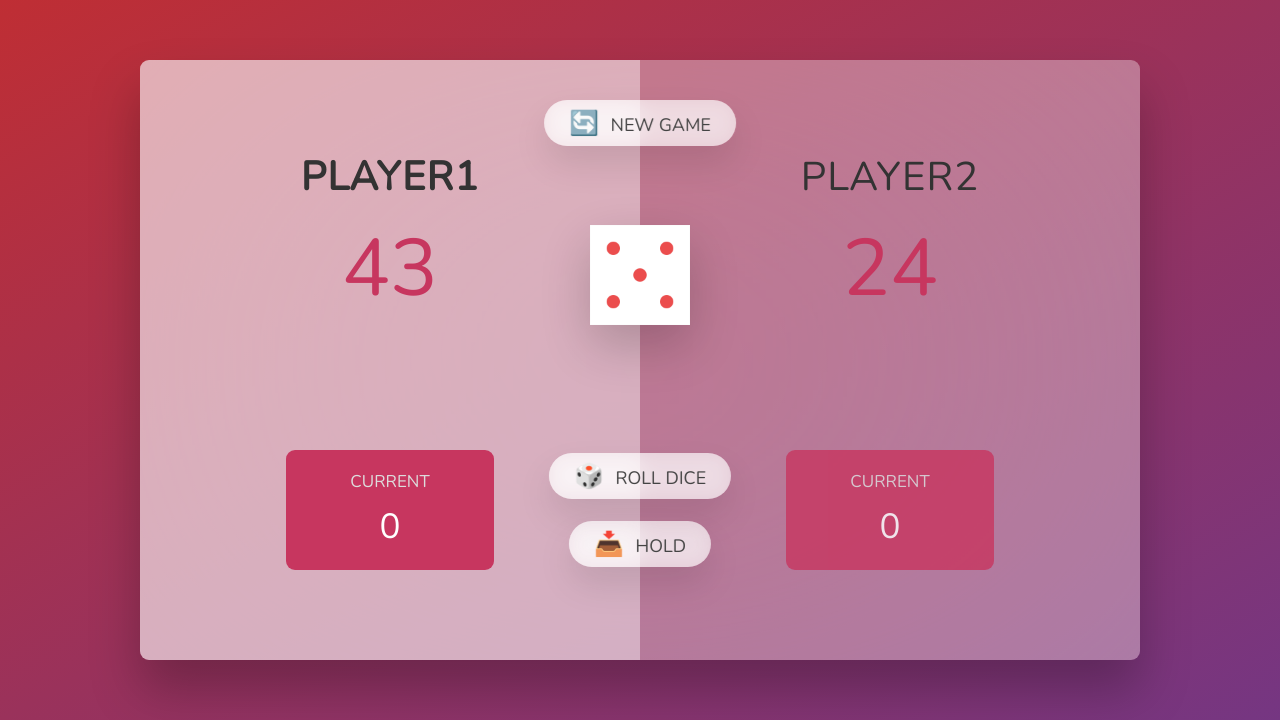
Repository: otvertka/jsc_07
Page: index.html
An editor plug-in stored every save of this project. The page is shown before and after the next save, followed by the edit.
The browser window is 1280 px wide. The pictures show the whole page.

Above is the page before, as saved 2022-12-24 13:38:05.

After the next save:
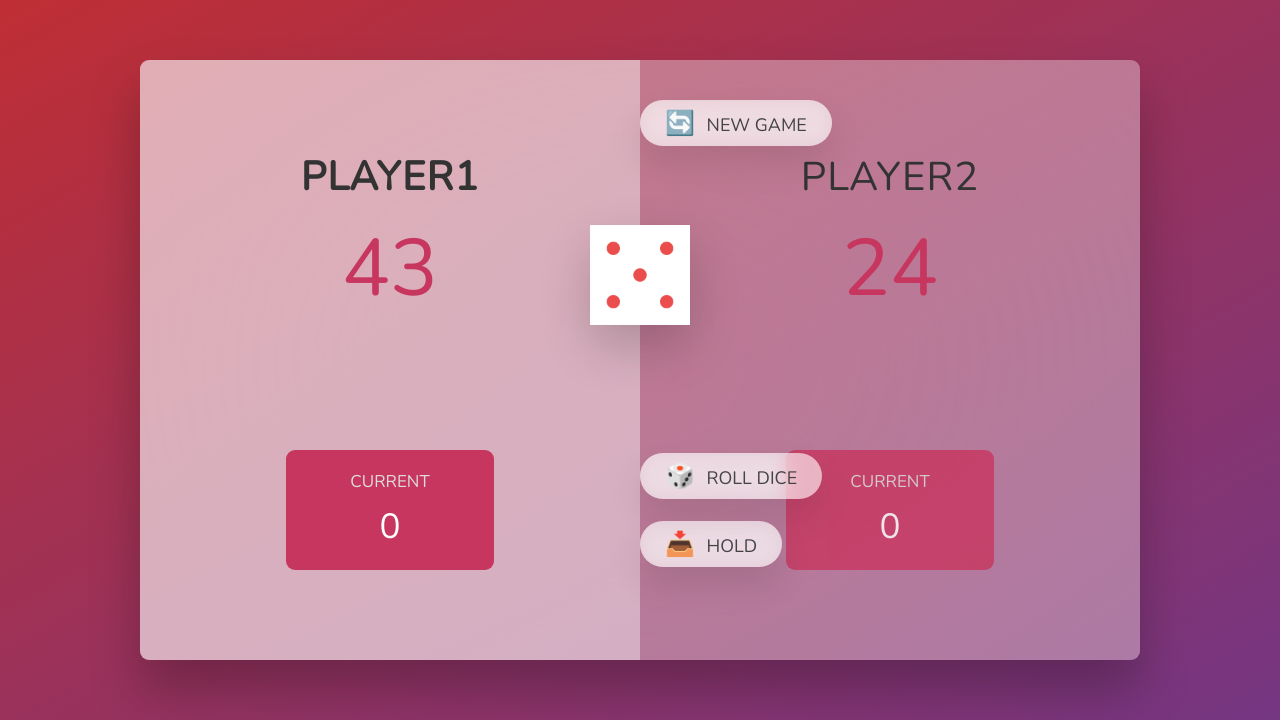
Saved 15 s later.
--- a/style.css
+++ b/style.css
@@ -103,7 +103,7 @@
 .btn {
   position: absolute;
   left: 50%;
-  transform: translateX(-50%);
+  /* transform: translateX(-50%); */
   color: #444;
   background: none;
   border: none;

After the save that followed:
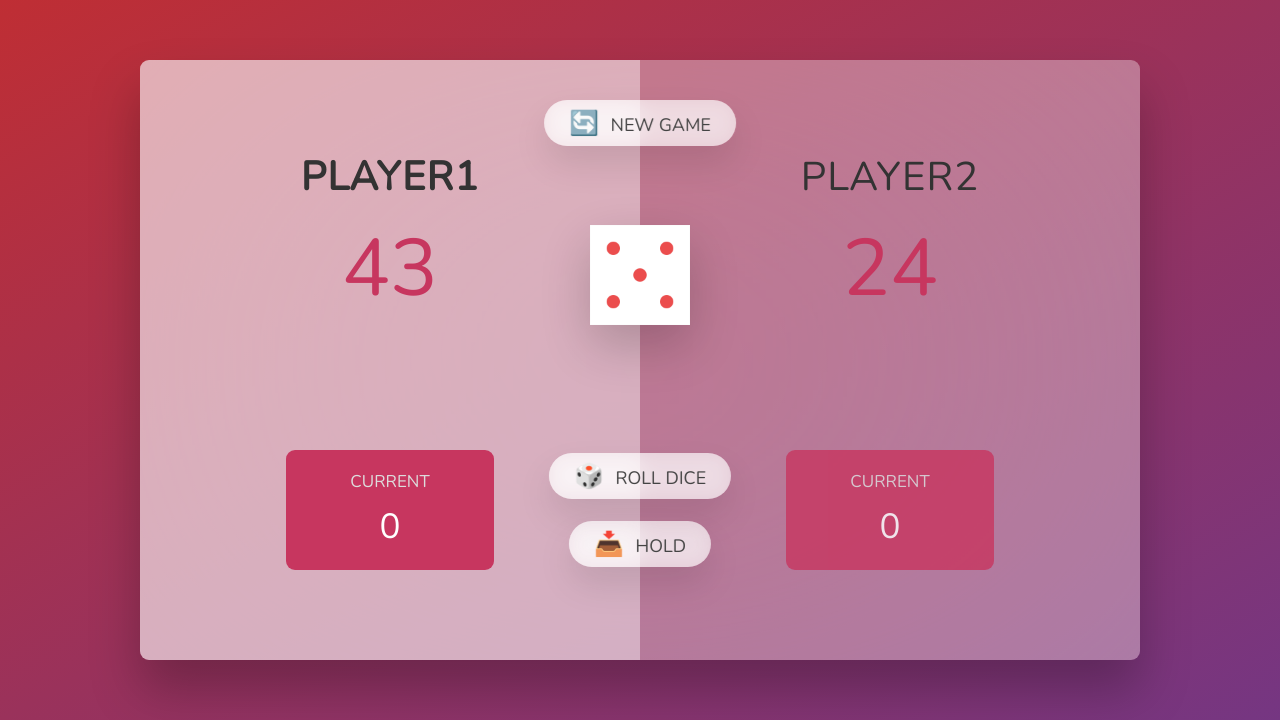
Saved 6 s later.
--- a/style.css
+++ b/style.css
@@ -103,7 +103,7 @@
 .btn {
   position: absolute;
   left: 50%;
-  /* transform: translateX(-50%); */
+  transform: translateX(-50%);
   color: #444;
   background: none;
   border: none;
